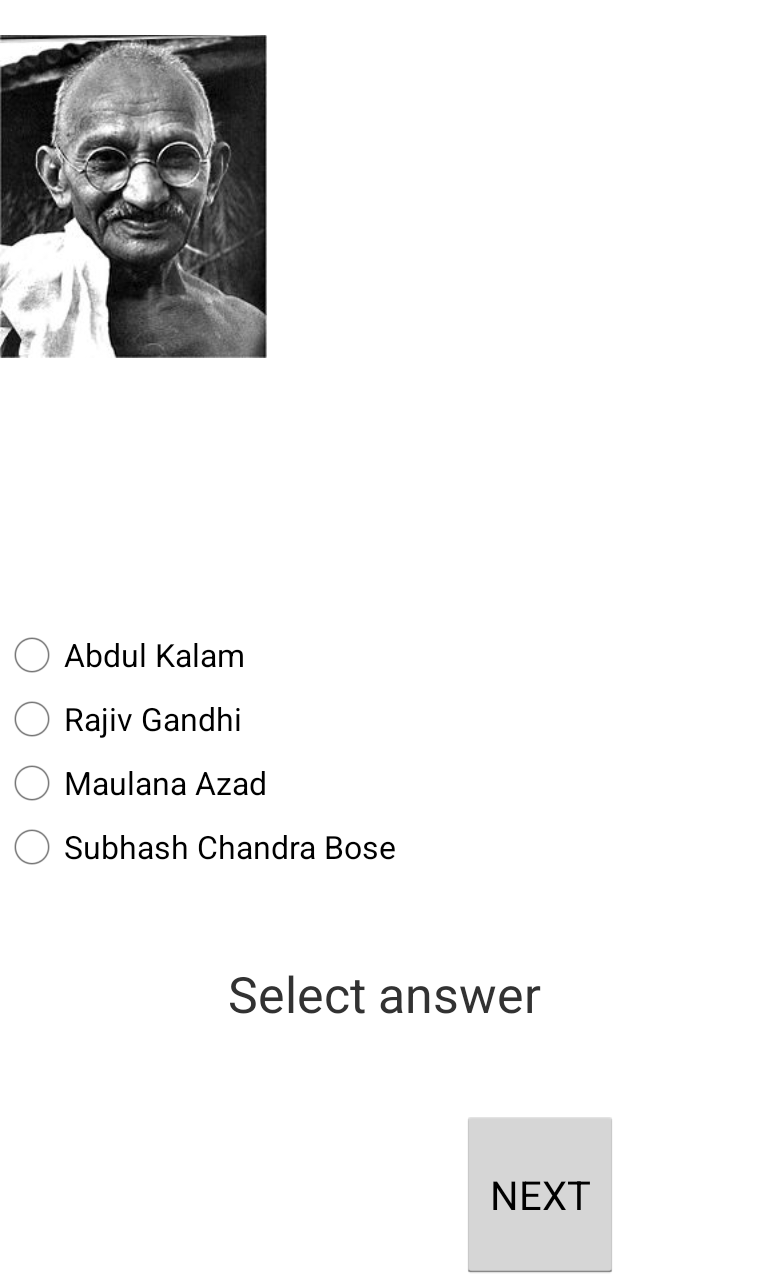
Repository: rupaligarje123/aakash
Layout: androidphotoquiz/FunChem1/photoquiz/res/layout/que4.xml
These files come from the project's save history. The layout is drawn as it stood at one moment and after the next save; the edit follows.
It is drawn on a 768 x 1280 px phone screen (xhdpi) without system bars, with theme AppTheme; the app's code is not run.

Above is the layout before, as saved 2013-04-18 10:46:00.

After the next save:
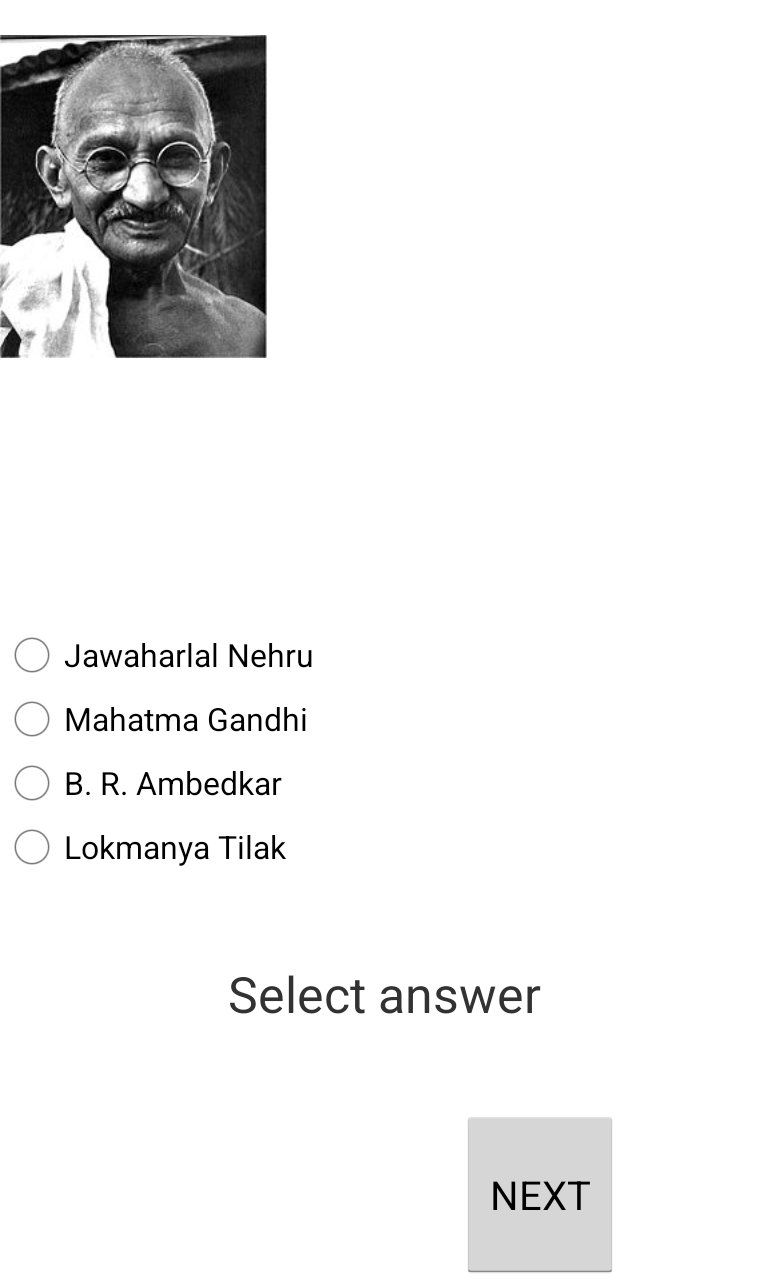
Saved 84 s later.
--- a/androidphotoquiz/FunChem1/photoquiz/res/layout/que4.xml
+++ b/androidphotoquiz/FunChem1/photoquiz/res/layout/que4.xml
@@ -27,35 +27,35 @@
     android:orientation="vertical">
     >
     <RadioButton
-        android:id="@+id/rd501"
+        android:id="@+id/rd401"
         android:layout_width="match_parent"
         android:layout_height="0dp"
         android:layout_weight="1"
-        android:text="Abdul Kalam" />
+        android:text="Jawaharlal Nehru" />
 
     <RadioButton
-        android:id="@+id/rd502"
+        android:id="@+id/rd402"
         android:layout_width="match_parent"
         android:layout_height="0dp"
         android:layout_weight="1"
-        android:text="Rajiv Gandhi" />
+        android:text="Mahatma Gandhi" />
 
     <RadioButton
-        android:id="@+id/rd503"
+        android:id="@+id/rd403"
         android:layout_width="match_parent"
         android:layout_height="0dp"
         android:layout_weight="1"
-        android:text="Maulana Azad" />
+        android:text="B. R. Ambedkar" />
 
     <RadioButton
-        android:id="@+id/rd504"
+        android:id="@+id/rd404"
         android:layout_width="match_parent"
         android:layout_height="0dp"
         android:layout_weight="1"
-        android:text="Subhash Chandra Bose " />
+        android:text="Lokmanya Tilak " />
     </RadioGroup>
    <TextView
-        android:id="@+id/tvr5"
+        android:id="@+id/tvr4"
         android:layout_width="match_parent"
         android:layout_height="80sp"
         android:layout_weight="1"
@@ -64,7 +64,7 @@
         android:textSize="25sp" >
     </TextView>
     <Button
-        android:id="@+id/bn5"
+        android:id="@+id/bn4"
         android:layout_width="80sp"
         android:layout_height="50sp"
         android:layout_weight="1"
